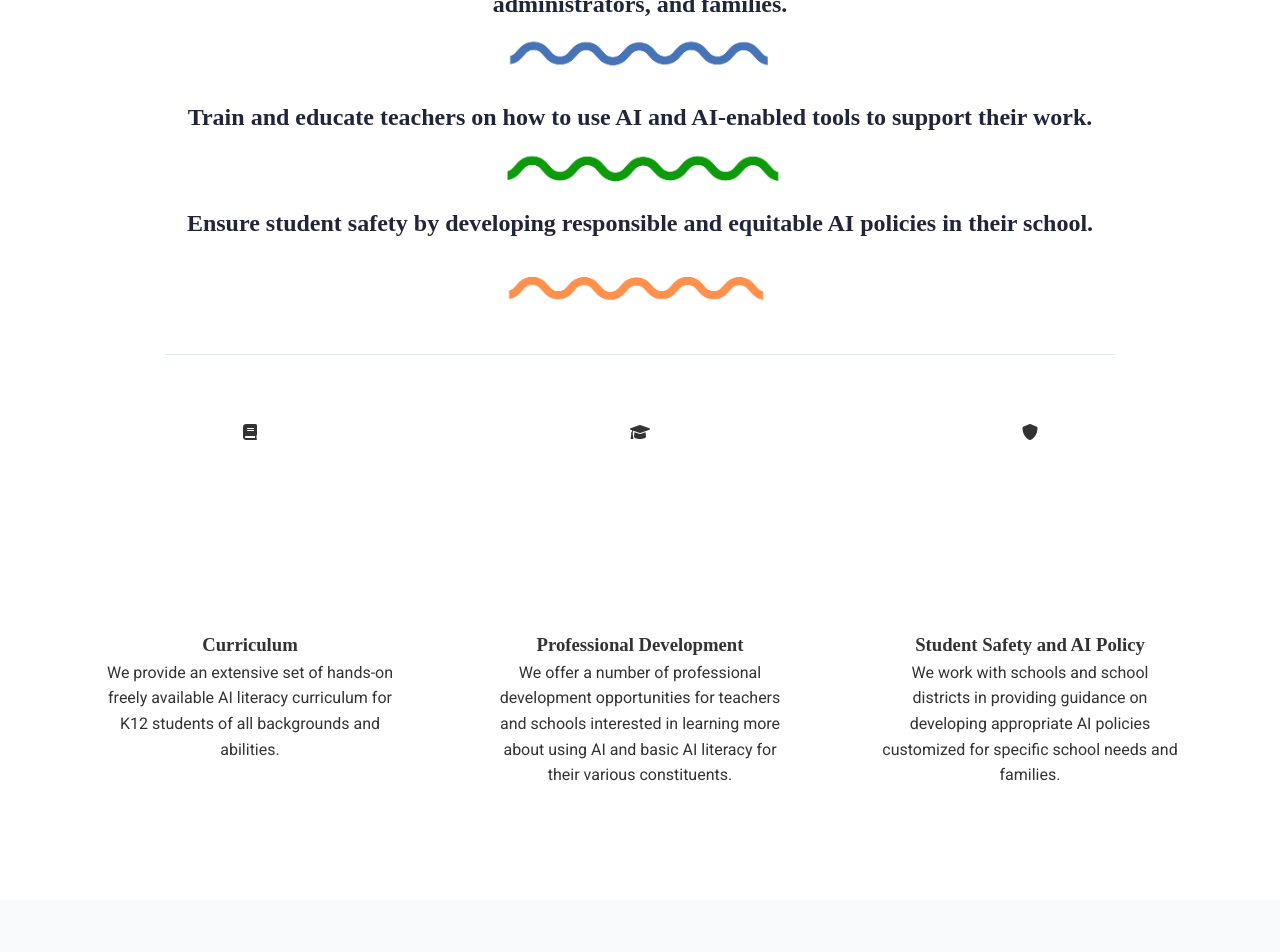
Repository: dinhtri123/dayofai
Page: index.html
The author's editor kept a copy of each file at every save. The page is drawn from the files as they stood at one save, then again after a run of saves.
The browser window is 1280 px wide. The pictures show the part of the page from y = 1073 to 2025 px (the page is 3730 px tall).
A picture or video elsewhere on the page could not be fetched, so the positions and the page height are approximate. Some web fonts or font styles are not loaded; a fallback is used.

Above is the page before, as saved 2025-06-29 08:52:13.

After the next 2 saves:
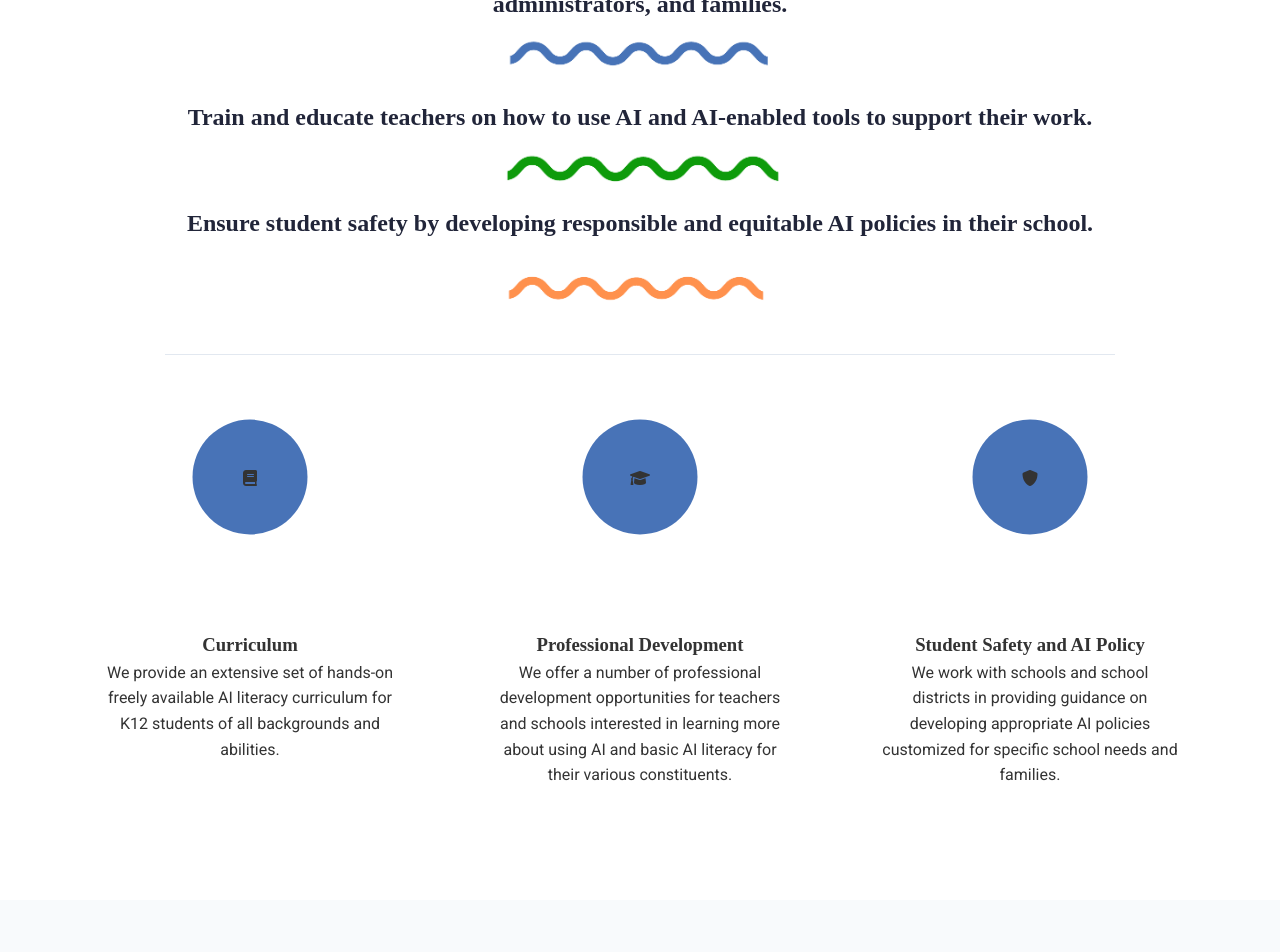
The 2 saves are shown as one change because they came seconds apart.
The last was saved 9 s later.
--- a/styles.css
+++ b/styles.css
@@ -338,6 +338,11 @@
   transform: translate(-50%, 50%);
   width: 115px;
   height: 115px;
+  background: var(--color-primary);
+  border-radius: 50%;
+  display: flex;
+  align-items: center;
+  justify-content: center;
 }
 
 /* About Section */
